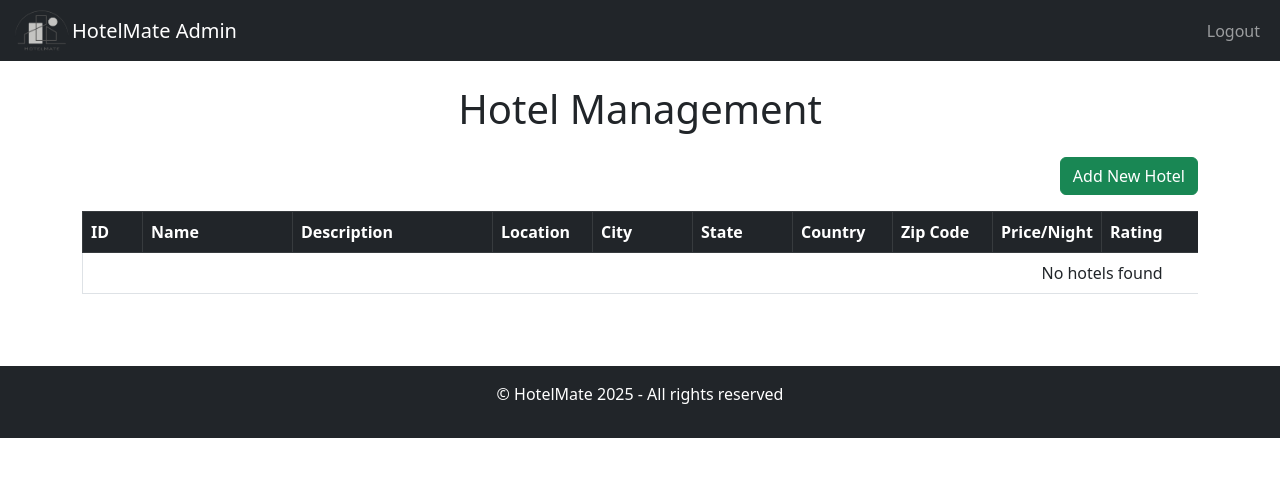
Repository: himanshu2k23/HoteMate
Page: http://localhost/HotelMate/WEB-INF/admin/hotels.jsp
These files come from the project's save history. The page is drawn as it stood at one moment and after the next save; the edit follows.
The browser window is 1280 px wide. The pictures show the whole page.
The page is served by Tomcat 10. Nobody is signed in. The template is opened directly, without the code that normally fills it, so the values that code supplies are empty.

Above is the page before, as saved 2025-01-18 20:30:30.

After the next save:
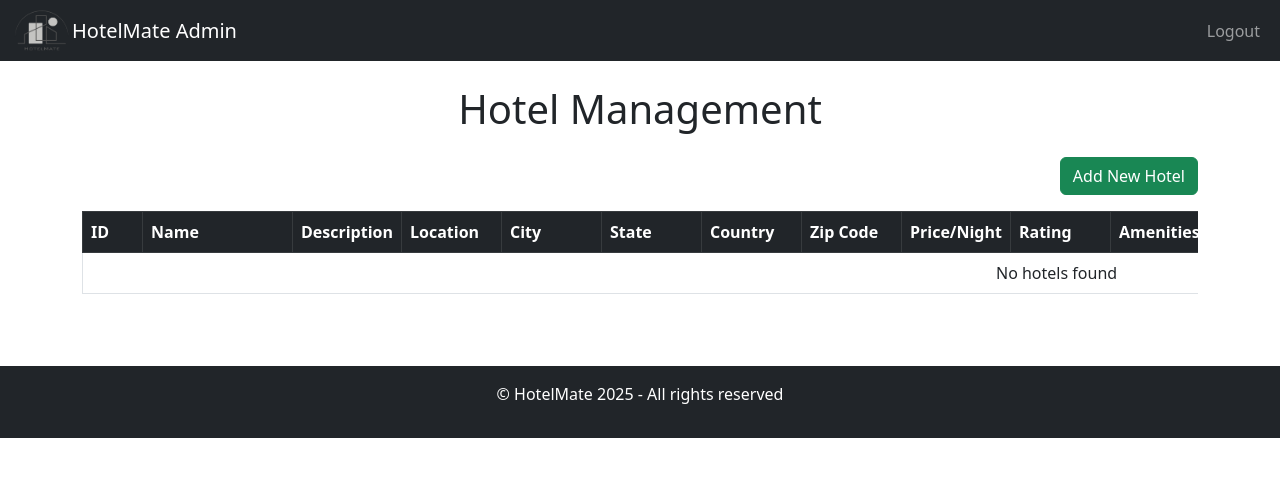
Saved 82 s later.
--- a/HotelMate/src/main/webapp/WEB-INF/admin/hotels.jsp
+++ b/HotelMate/src/main/webapp/WEB-INF/admin/hotels.jsp
@@ -46,8 +46,10 @@
 }
 
 .table th:nth-child(3), .table td:nth-child(3) {
-	min-width: 200px;
-}
+	max-width: 230px;
+    overflow: auto;
+}
+
 
 .table th:nth-child(3), .table td:nth-child(14) {
 	max-width: 230px;
